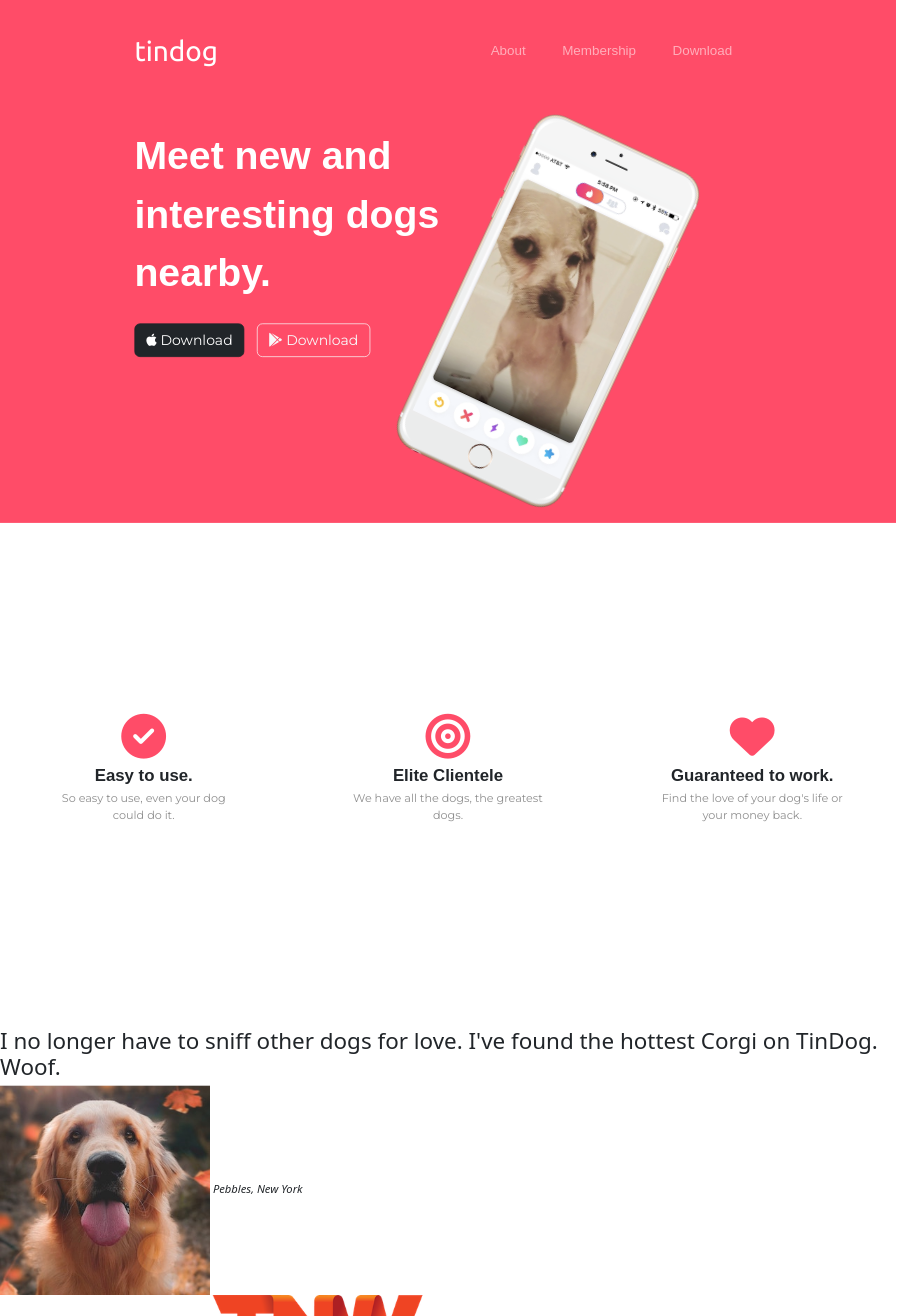
Repository: Mubarak150/tindog-bootstrap-project-brahma
Page: index.html
These files come from the project's save history. The page is drawn as it stood at one moment and after the next save; the edit follows.
The browser window is 1280 px wide. The page is 1292 px wide, so the pictures cover 1292 px, including what lies to the right of the window. The pictures show the part of the page from y = 0 to 1880 px (the page is 2929 px tall), at 70% of full size.
Some web libraries are served in a nearby version.

Above is the page before, as saved 2023-08-22 20:54:07.

After the next save:
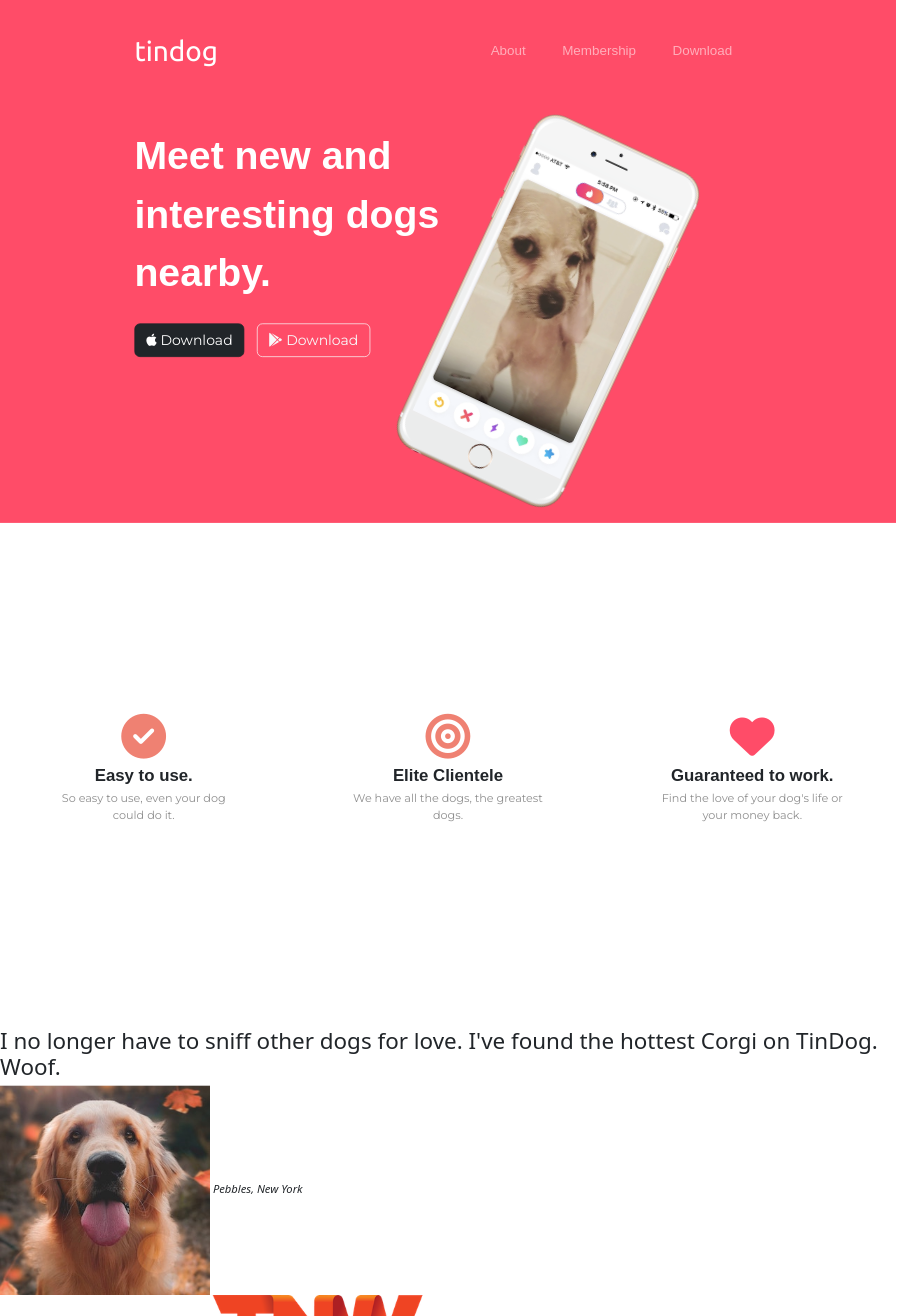
Saved 40 s later.
--- a/index.html
+++ b/index.html
@@ -91,7 +91,7 @@
         <h1>
           <i
             class="fa-solid fa-circle-check feature-icon"
-            style="color: #ff4c68"
+            style="color: #ef8172"
           ></i>
         </h1>
         <h3 class="feature-h1">Easy to use.</h3>
@@ -102,7 +102,7 @@
         <h1>
           <i
             class="fa-solid fa-bullseye feature-icon"
-            style="color: #ff4c68"
+            style="color: #ef8172"
           ></i>
         </h1>
         <h3 class="feature-h1">Elite Clientele</h3>
